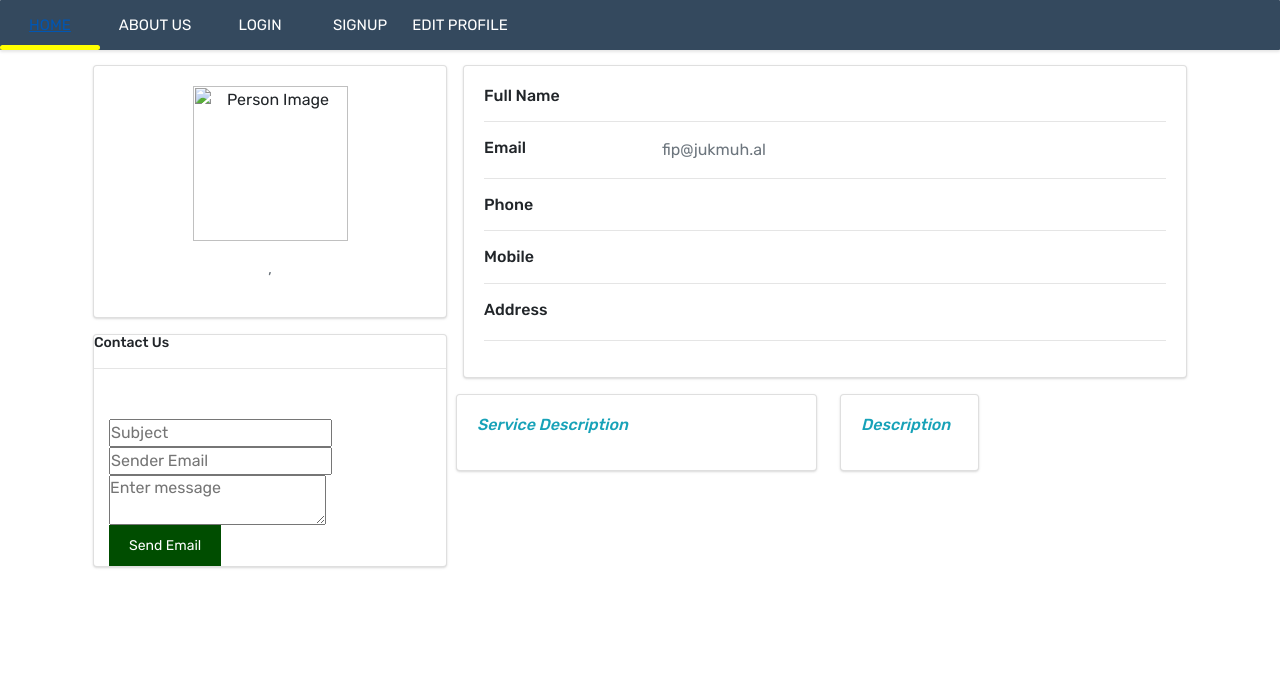
Repository: Chitti-g-k/Paw-Takers
Page: templates/profilepage.html
These files come from the project's save history. The page is drawn as it stood at one moment and after the next save; the edit follows.
The browser window is 1280 px wide. The pictures show the whole page.
The template is drawn by Django 4.2. The application's start-up code is not run. Other server files are loaded and not shown. The template is opened directly, without the code that normally fills it, so the values that code supplies are empty.

Above is the page before, as saved 2023-07-16 08:57:53.

### templates/profilepage.html
<html>
    <head>
        <meta name="viewport" content="width=device-width, initial-scale=1.0">
    <title>Profile Page</title>

    <style>
        @import url('https://fonts.googleapis.com/css?family=Rubik:300,400,500&display=swap');
        *{
            margin: 0;
            padding: 0;
            box-sizing: border-box;
            font-family:'Rubik',sans-serif;
        }
        body{
            display: flex;
            justify-content: center;
            align-self:center ;
            min-height: 100vh;
            background:  #808080;
        }

        nav{
        position: fixed; /* Change position to fixed */
        top: 0; /* Position it at the top */
        left: 0; /* Align it to the left */
        width: 100%; /* Make it full width */
        height: 50px;
        background: #34495e;
        border-radius: 1px;
        font-size: 0;
        box-shadow: 0 2px 3px 0 rgba(0,0,0,0.1);
        z-index: 100; /* Add a higher z-index to keep it above other elements */
    }

    /* Rest of the CSS styles remain the same */
    nav a {
        font-size: 15px;
        text-transform: uppercase;
        color: white;
        text-decoration: none;
        line-height: 50px;
        position: relative;
        z-index: 1;
        display: inline-block;
        text-align: center;
    }
    nav .animation {
        position: absolute;
        height: 5px;
        bottom: 0;
        z-index: 0;
        background: yellow;
        transition: all .5s ease 0s;
        border-radius: 8px;
    }
    a:nth-child(1) {
        width: 100px;
    }
    nav .start-home,a:nth-child(1):hover~.animation {
        width: 100px;
        left: 0;
    }
    a:nth-child(2) {
        width: 110px;
    }
    nav .start-about,a:nth-child(2):hover~.animation {
        width: 110px;
        left: 100px;
    }
    a:nth-child(3) {
        width: 100px;
    }
    nav .start-login,a:nth-child(3):hover~.animation {
        width: 100px;
        left: 210px;
    }
    a:nth-child(4) {
        width: 100px;
    }
    nav .start-signup,a:nth-child(4):hover~.animation {
        width: 160px;
        left: 250px;
    }
    a:nth-child(5) {
        width: 100px;
    }
    nav .start-signup,a:nth-child(5):hover~.animation {
        width: 160px;
        left: auto;
        right:0px;
    }

    h3{
        font-weight:300;
    }

    h5{
        font-weight:200;
    }

    </style>
    <link rel="stylesheet" href="https://cdnjs.cloudflare.com/ajax/libs/font-awesome/5.15.3/css/all.min.css" integrity="sha512-VRRNWyOP0SZCGkUFsm9Uf7PvF9ERBzv6JeMQ4oIhl2e9J7e3aOuf7Qf3RQt6AzomTsbqyj0F7I3NzcewDfSaxw==" crossorigin="anonymous" referrerpolicy="no-referrer" />

    </head>


<body>
    <nav>
        <a href="/display">Home</a>
        <a href="/">About Us</a>
        <a href="{% url 'account_login'%}">Login</a>
        <a href="{% url 'account_signup' %}">SignUp</a>
        <a href="{% url 'caretaker:profile-edit' profile.pk %}">Edit Profile</a>


        <div class="animation start-home"></div>

    </nav>
    <br>
    <br>
    <style>
        body{
            margin-top:20px;
            color: #1a202c;
            text-align: left;
            background-color: #e2e8f0;
        }
        .main-body {
            padding: 15px;
        }
        .card {
            box-shadow: 0 1px 3px 0 rgba(0,0,0,.1), 0 1px 2px 0 rgba(0,0,0,.06);
        }

        .card {
            position: relative;
            display: flex;
            flex-direction: column;
            min-width: 0;
            word-wrap: break-word;
            background-color: #fff;
            background-clip: border-box;
            border: 0 solid rgba(0,0,0,.125);
            border-radius: .25rem;
        }
        .container{
            margin-top:50px;
        }
        .card-body {
            flex: 1 1 auto;
            min-height: 1px;
            padding: 1rem;
        }

        .gutters-sm {
            margin-right: -8px;
            margin-left: -8px;
        }

        .gutters-sm>.col, .gutters-sm>[class*=col-] {
            padding-right: 8px;
            padding-left: 8px;
        }
        .mb-3, .my-3 {
            margin-bottom: 1rem!important;
        }

        .bg-gray-300 {
            background-color: #e2e8f0;
        }
        .h-100 {
            height: 100%!important;
        }
        .shadow-none {
            box-shadow: none!important;
        }
        .key-value {
            display: flex;
            justify-content: space-between;
            margin-bottom: 10px;
            font-family: "Helvetica Neue", Arial, sans-serif;
        }

        .key {
            font-weight: bolder;
            font-size: 13px;
            text-transform: uppercase;
            letter-spacing: 1px;
            color: #333;
        }
        .value{
            font-size: 11px;
            font-style: italic;
            color: #666;
        }
    </style>
    <body>
        <link rel="stylesheet" href="https://cdn.jsdelivr.net/npm/bootstrap@4.4.1/dist/css/bootstrap.min.css" integrity="sha384-Vkoo8x4CGsO3+Hhxv8T/Q5PaXtkKtu6ug5TOeNV6gBiFeWPGFN9MuhOf23Q9Ifjh" crossorigin="anonymous">
        <script src="https://code.jquery.com/jquery-3.4.1.slim.min.js" integrity="sha384-J6qa4849blE2+poT4WnyKhv5vZF5SrPo0iEjwBvKU7imGFAV0wwj1yYfoRSJoZ+n" crossorigin="anonymous"></script>
        <script src="https://cdn.jsdelivr.net/npm/popper.js@1.16.0/dist/umd/popper.min.js" integrity="sha384-Q6E9RHvbIyZFJoft+2mJbHaEWldlvI9IOYy5n3zV9zzTtmI3UksdQRVvoxMfooAo" crossorigin="anonymous"></script>
        <script src="https://cdn.jsdelivr.net/npm/bootstrap@4.4.1/dist/js/bootstrap.min.js" integrity="sha384-wfSDF2E50Y2D1uUdj0O3uMBJnjuUD4Ih7YwaYd1iqfktj0Uod8GCExl3Og8ifwB6" crossorigin="anonymous"></script>

        <div class="container">
            <div class="main-body">


                  <div class="row gutters-sm">
                    <div class="col-md-4 mb-3">
                      <div class="card">
                        <div class="card-body">
                          <div class="d-flex flex-column align-items-center text-center">
                            <img src="{{ profile.image.url }}" alt="Person Image" class="image" class="rounded" width="155px">
                            <div class="mt-3">
                                {% if profile.name %}
                        <h5 class="py-4">{{ profile.name }}
                    {% endif %}


                              <p class="text-muted font-size-sm">{{ profile.city }},{{ profile.state }}</p>

                            </div>
                          </div>
                        </div>
                      </div>
                      <div class="card mt-3">
                        <div class="content-box" >
                            <h2 style="font-size: 14px;">Contact Us</h2>
                            <hr>
                            <div class="container contact-us-form">
                                <form action="" method="POST">
                                    <input type="text" name="name" placeholder="Subject" required>
                                    <input type="email" name="email" placeholder="Sender Email" required>
                                    <textarea name="message" placeholder="Enter message" required></textarea>
                                    <button type="submit" style="background-color: #004d00; color: #fff; border: none; padding: 10px 20px; font-size: 14px; cursor: pointer;">Send Email</button>
                                </form>
                            </div>
                        </div>
                      </div>
                    </div>
                    <div class="col-md-8">
                      <div class="card mb-3">
                        <div class="card-body">
                          <div class="row">
                            <div class="col-sm-3">
                              <h6 class="mb-0">Full Name</h6>
                            </div>
                            <div class="col-sm-9 text-secondary">
                                {% if profile.name %}
                                {{ profile.name }}
                            {% endif %}
                            </div>
                          </div>
                          <hr>
                          <div class="row">
                            <div class="col-sm-3">
                              <h6 class="mb-0">Email</h6>
                            </div>
                            <div class="col-sm-9 text-secondary">
                              fip@jukmuh.al
                            </div>
                          </div>
                          <hr>
                          <div class="row">
                            <div class="col-sm-3">
                              <h6 class="mb-0">Phone</h6>
                            </div>
                            <div class="col-sm-9 text-secondary">
                                {{ profile.phone_number }}
                            </div>
                          </div>
                          <hr>
                          <div class="row">
                            <div class="col-sm-3">
                              <h6 class="mb-0">Mobile</h6>
                            </div>
                            <div class="col-sm-9 text-secondary">
                                {{ profile.backup_phonenumber }}
                            </div>
                          </div>
                          <hr>
                          <div class="row">
                            <div class="col-sm-3">
                              <h6 class="mb-0">Address</h6>
                            </div>
                            <div class="col-sm-9 text-secondary">
                                {{ profile.first_line }}<br>{{ profile.second_line }}
                            </div>
                          </div>
                          <hr>

                        </div>
                      </div>

                      <div class="row gutters-sm">
                        <div class="col-sm-6 mb-3">
                          <div class="card h-100">
                            <div class="card-body">
                              <h6 class="d-flex align-items-center mb-3"><i class="material-icons text-info mr-2">Service Description</h6>
                              {% for service_description in service_descriptions %}
                              <div class="container-service">
                                <div class="key-value">
                                    <span class="key">{{ service_description.service.name }}</span>
                                    <span class="value">INR{{ service_description.price }}</span>
                                </div>
                            </div>
                            {% endfor %}
                            </div>
                          </div>
                        </div>

                        <div class="col-sm-12 mb-3" >
                            <div class="card h-200">
                              <div class="card-body" >
                                <h6 class="d-flex align-items-center mb-3"><i class="material-icons text-info mr-2">Description</i></h6>
                                {{profile.description}}
                              </div>
                            </div>
                          </div>



                    </div>
                  </div>

                </div>
            </div>
    </body>
</html>

After the next save:
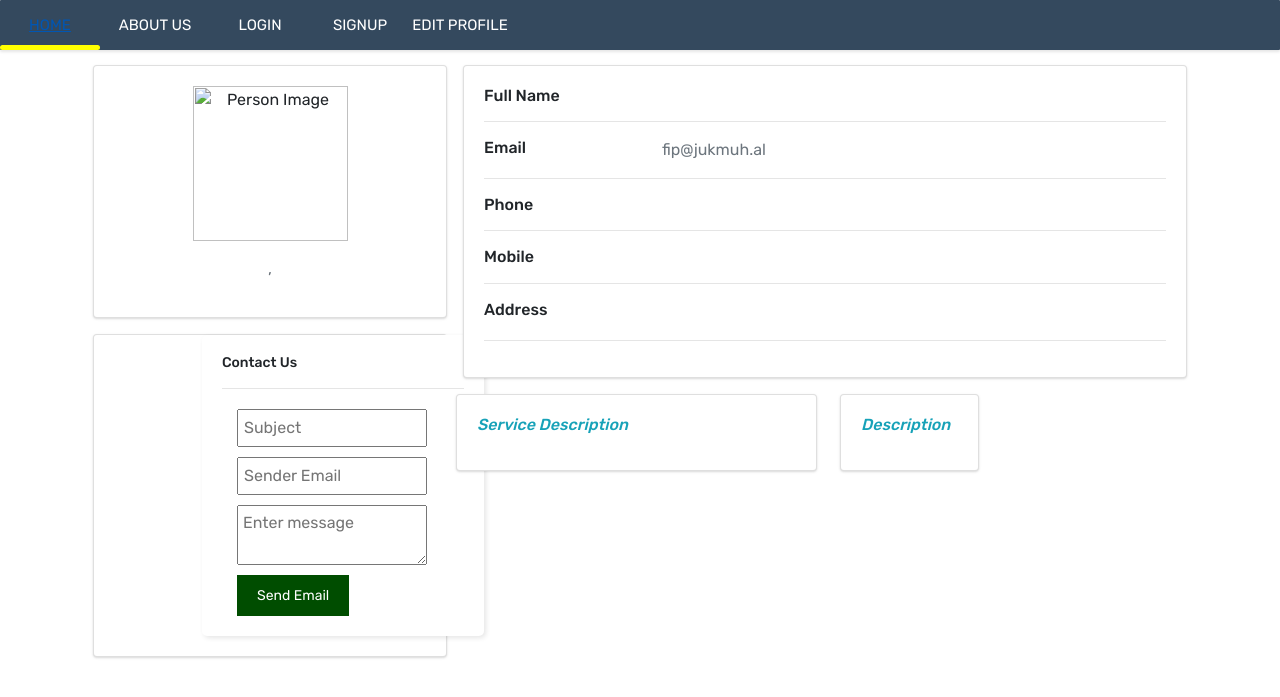
Saved 78 s later.
--- a/templates/profilepage.html
+++ b/templates/profilepage.html
@@ -192,6 +192,29 @@
             font-size: 11px;
             font-style: italic;
             color: #666;
+        }
+        .contact-us-form {
+            margin-top: 20px;
+          }
+
+          .contact-us-form input,
+          .contact-us-form textarea {
+            width: 90%;
+            margin-bottom: 10px;
+            padding: 5px;
+          }
+          .content-box {
+            width: 80%;
+            max-width: 800px;
+            margin: 0 auto;
+            margin-left: 15vh;
+            margin-bottom:20px;
+            padding: 20px;
+            background-color: #fff;
+            border-radius: 5px;
+            box-sizing: border-box;
+            box-shadow: 2px 2px 5px rgba(0, 0, 0, 0.1);
+            transition: box-shadow 0.3s ease;
         }
     </style>
     <body>
